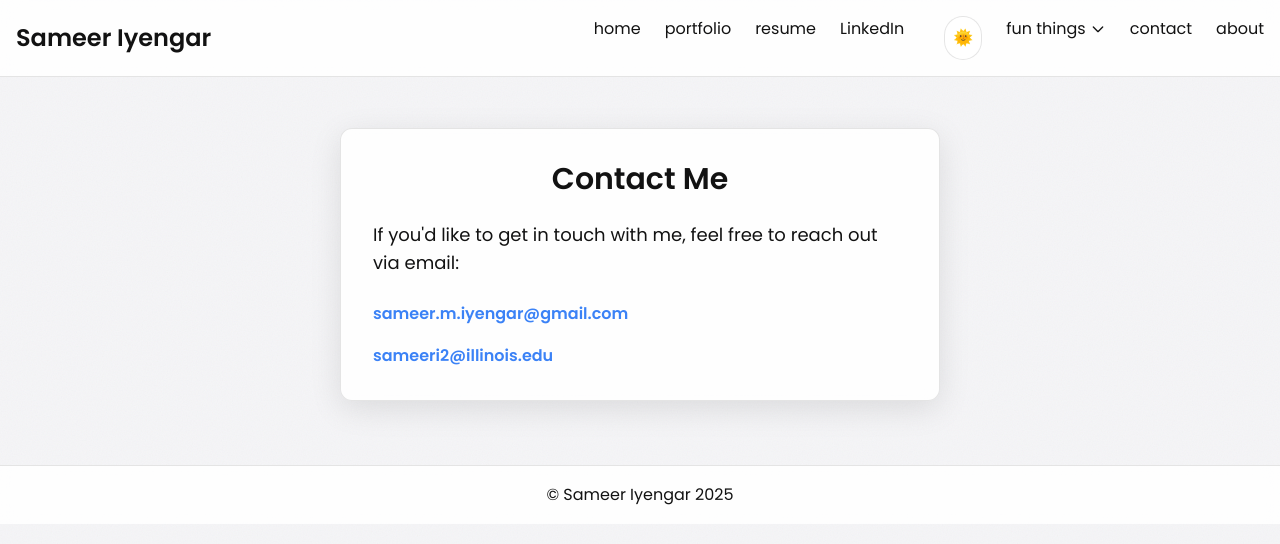
Repository: siyengar04/siyengar04.github.io
Page: contact.html
The author's editor kept a copy of each file at every save. The page is drawn from the files as they stood at one save, then again after the next save.
The browser window is 1280 px wide. The pictures show the whole page.

Above is the page before, as saved 2025-07-08 12:44:08.

### contact.html
<!DOCTYPE html>
<html lang="en">

<head>
    <script>
    if (localStorage.theme === 'dark' ||
        (!('theme' in localStorage) && window.matchMedia('(prefers-color-scheme: dark)').matches)) {
        document.documentElement.classList.add('dark-theme');
    }
    </script>
    <meta charset="UTF-8">
    <meta name="viewport" content="width=device-width, initial-scale=1.0">
    <meta property="og:image" content="./images/profile.jpg">
    <meta property="og:image:type" content="image/jpg">
    <meta name="description" content="student, innovator, engineer" />
    <meta property="og:title" content="Sameer Iyengar">
    <meta property="og:description" content="student, innovator, engineer">
    <title>Sameer Iyengar - Contact</title>
    <script src="https://cdn.jsdelivr.net/npm/@tailwindcss/browser@4"></script>
    <link href="https://fonts.googleapis.com/css2?family=Poppins:wght@300;400;600&display=swap" rel="stylesheet">
    <style>
        :root {
            /* Light Theme (default) - High contrast */
            --bg-primary: #f5f5f7;
            --text-primary: #121212;
            --glass-light: rgba(255, 255, 255, 0.85);
            --glass-text: #121212;
            --border-light: rgba(0, 0, 0, 0.1);
            --accent-color: #3b82f6;

            /* Dark Theme */
            --bg-primary-dark: #0a0a0a;
            --text-primary-dark: #f8f9fa;
            --glass-dark: rgba(20, 20, 20, 0.85);
            --glass-text-dark: #f8f9fa;
            --border-dark: rgba(255, 255, 255, 0.15);
            --accent-color-dark: #60a5fa;
        }

        .dark-theme {
            --bg-primary: var(--bg-primary-dark);
            --text-primary: var(--text-primary-dark);
            --glass-light: var(--glass-dark);
            --glass-text: var(--glass-text-dark);
            --border-light: var(--border-dark);
            --accent-color: var(--accent-color-dark);
        }

        body {
            font-family: 'Poppins', sans-serif;
            background: var(--bg-primary);
            color: var(--text-primary);
            transition: background 0.5s ease, color 0.3s ease;
            background-image: url('data:[embedded picture, 288 characters]');
            line-height: 1.6;
            margin: 0;
            padding: 0;
        }

        /* Glassmorphism Navigation Bar */
        header {
            position: fixed;
            top: 0;
            width: 100%;
            background: var(--glass-light) !important;
            backdrop-filter: blur(12px);
            -webkit-backdrop-filter: blur(12px);
            border-bottom: 1px solid var(--border-light);
            color: var(--glass-text) !important;
            z-index: 100;
            padding: 1rem 0;
        }

        /* Navigation */
        nav a {
            color: var(--glass-text);
            transition: all 0.3s ease;
        }

        nav a:hover {
            color: var(--accent-color);
            transform: translateY(-2px);
        }

        /* Theme toggle button */
        #theme-toggle {
            background: var(--glass-light);
            backdrop-filter: blur(10px);
            border: 1px solid var(--border-light);
            transition: all 0.3s ease;
        }

        #theme-toggle:hover {
            transform: scale(1.1);
        }

        /* Contact Section */
        #contact {
            padding: 8rem 0 4rem; /* Adjusted for fixed header */
        }

        .contact-container {
            background: var(--glass-light);
            backdrop-filter: blur(8px);
            -webkit-backdrop-filter: blur(8px);
            border: 1px solid var(--border-light);
            border-radius: 12px;
            padding: 2rem;
            max-width: 600px;
            margin: 0 auto;
            box-shadow: 0 8px 32px rgba(0, 0, 0, 0.1);
        }

        .email-link {
            color: var(--accent-color);
            text-decoration: none;
            font-weight: 600;
            transition: all 0.3s ease;
        }

        .email-link:hover {
            text-decoration: underline;
            transform: translateY(-2px);
        }

        /* Dropdown menu */
        .desktop-dropdown-menu {
            margin-top: 0.5rem;
            background: var(--glass-light);
            backdrop-filter: blur(12px);
            -webkit-backdrop-filter: blur(12px);
            border: 1px solid var(--border-light);
            border-radius: 8px;
            overflow: hidden;
            box-shadow: 0 8px 32px rgba(0, 0, 0, 0.1);
        }

        .desktop-dropdown:hover .desktop-dropdown-menu {
            display: block;
        }

        /* Footer */
        footer {
            background: var(--glass-light);
            backdrop-filter: blur(12px);
            -webkit-backdrop-filter: blur(12px);
            border-top: 1px solid var(--border-light);
            padding: 1rem 0;
            color: var(--glass-text);
        }

        @media (max-width: 768px) {
            #contact {
                padding: 6rem 0 2rem;
            }

            .contact-container {
                margin: 0 1rem;
                padding: 1.5rem;
            }

            #nav-menu {
                background: var(--glass-light);
                backdrop-filter: blur(12px);
                -webkit-backdrop-filter: blur(12px);
                border: 1px solid var(--border-light);
                border-radius: 8px;
                padding: 1rem;
                margin-top: 0.5rem;
            }
        }
    </style>
</head>

<body>
    <header class="fixed top-0 z-10 w-full">
        <div class="container flex items-center justify-between px-4 mx-auto">
            <h1 class="text-2xl font-semibold">Sameer Iyengar</h1>
            <div class="md:hidden">
                <button id="nav-toggle" class="focus:outline-none">
                    <svg xmlns="http://www.w3.org/2000/svg" class="w-6 h-6" fill="none" viewBox="0 0 24 24" stroke="currentColor">
                        <path stroke-linecap="round" stroke-linejoin="round" stroke-width="2" d="M4 6h16M4 12h16m-7 6h7" />
                    </svg>
                </button>
            </div>
            <nav id="nav-menu" class="hidden md:flex md:space-x-6">
                <ul class="flex flex-col space-y-4 md:flex-row md:space-y-0 md:space-x-6">
                    <li><a href="/index.html">home</a></li>
                    <li><a href="/portfolio.html">portfolio</a></li>
                    <li><a href="/resume.html">resume</a></li>
                    <li><a href="https://www.linkedin.com/in/sameer-iyengar/">LinkedIn</a></li>
                    <li>
                        <button id="theme-toggle" class="p-2 ml-4 rounded-full">
                            <span class="light-icon">🌞</span>
                            <span class="hidden dark-icon">🌙</span>
                        </button>
                    </li>
                    <!-- Desktop Fun Things Dropdown -->
                    <li class="relative group">
                        <button class="flex items-center">
                            fun things
                            <svg class="w-4 h-4 ml-1" fill="none" stroke="currentColor" viewBox="0 0 24 24" xmlns="http://www.w3.org/2000/svg">
                                <path stroke-linecap="round" stroke-linejoin="round" stroke-width="2" d="M19 9l-7 7-7-7"></path>
                            </svg>
                        </button>
                        <div class="absolute left-0 hidden pt-2 group-hover:block desktop-dropdown-menu">
                            <a href="/cat-gallery.html" class="block px-4 py-2 hover:text-accent-color">eva!!</a>
                        </div>
                    </li>
                    <li><a href="/contact.html">contact</a></li>
                    <li><a href="/about.html">about</a></li>
                </ul>
            </nav>
        </div>
    </header>

    <main>
        <section id="contact" class="contact">
            <div class="contact-container">
                <h2 class="mb-6 text-3xl font-bold text-center">Contact Me</h2>
                <p class="mb-6 text-lg">If you'd like to get in touch with me, feel free to reach out via email:</p>
                <div class="space-y-4">
                    <p>
                        <a href="mailto:sameer.m.iyengar@gmail.com" class="email-link">sameer.m.iyengar@gmail.com</a>
                    </p>
                    <p>
                        <a href="mailto:sameeri2@illinois.edu" class="email-link">sameeri2@illinois.edu</a>
                    </p>
                </div>
            </div>
        </section>
    </main>

    <footer class="text-center">
        <div class="container mx-auto">
            <p>&copy; Sameer Iyengar 2025</p>
        </div>
    </footer>

    <script>
        // Mobile navigation toggle
        const navToggle = document.getElementById('nav-toggle');
        const navMenu = document.getElementById('nav-menu');

        navToggle.addEventListener('click', () => {
            navMenu.classList.toggle('hidden');
        });

        // Theme toggle functionality
        const themeToggle = document.getElementById('theme-toggle');
        const darkIcon = document.querySelector('.dark-icon');
        const lightIcon = document.querySelector('.light-icon');

        // Check for saved preference or system preference
        const savedTheme = localStorage.getItem('theme') ||
                         (window.matchMedia('(prefers-color-scheme: dark)').matches ? 'dark' : 'light');

        if (savedTheme === 'dark') document.documentElement.classList.add('dark-theme');

        // Update UI icons
        function updateIcons() {
            const isDark = document.documentElement.classList.contains('dark-theme');
            darkIcon.classList.toggle('hidden', !isDark);
            lightIcon.classList.toggle('hidden', isDark);
        }

        // Toggle theme
        themeToggle.addEventListener('click', () => {
            document.documentElement.classList.toggle('dark-theme');
            const theme = document.documentElement.classList.contains('dark-theme') ? 'dark' : 'light';
            localStorage.setItem('theme', theme);
            updateIcons();
        });

        // Initialize icons
        updateIcons();
    </script>
</body>
</html>

After the next save:
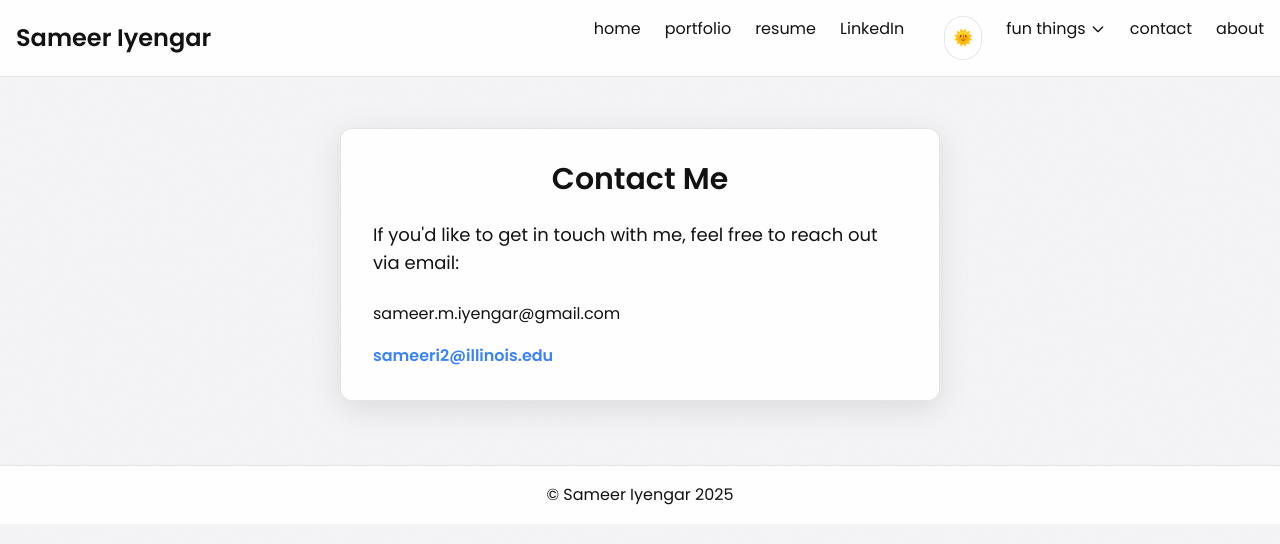
Saved 12 s later.
--- a/contact.html
+++ b/contact.html
@@ -221,7 +221,7 @@
                 <p class="mb-6 text-lg">If you'd like to get in touch with me, feel free to reach out via email:</p>
                 <div class="space-y-4">
                     <p>
-                        <a href="mailto:sameer.m.iyengar@gmail.com" class="email-link">sameer.m.iyengar@gmail.com</a>
+                        sameer.m.iyengar@gmail.com</a>
                     </p>
                     <p>
                         <a href="mailto:sameeri2@illinois.edu" class="email-link">sameeri2@illinois.edu</a>
